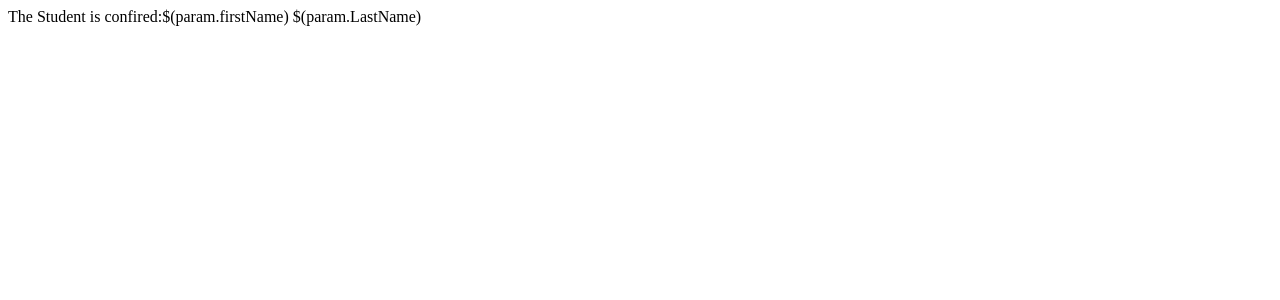
Repository: rohanbhavare1234/BikeServiceWorkspace
Page: http://localhost/jspdemo/student-response.jsp
These files come from the project's save history. The page is drawn as it stood at one moment and after the next save; the edit follows.
The browser window is 1280 px wide. The pictures show the whole page.
The page is served by Tomcat 9. Other server files are loaded and not shown.

Above is the page before, as saved 2023-04-09 11:42:38.

### eclipse-workspace/jspdemo/WebContent/student-response.jsp
<html>
<title><head>Student Confirmed title</head></title>
<body>

	The Student is confired:$(param.firstName) $(param.LastName)
</body>
</html>

After the next save:
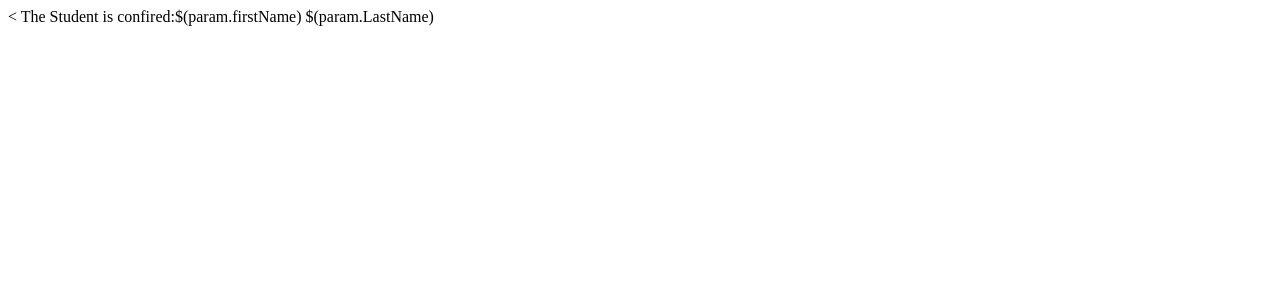
Saved 88 s later.
--- a/eclipse-workspace/jspdemo/WebContent/student-response.jsp
+++ b/eclipse-workspace/jspdemo/WebContent/student-response.jsp
@@ -1,5 +1,5 @@
 <html>
-<title><head>Student Confirmed title</head></title>
+<<head><title>Student Confirmed title</title></head>
 <body>
 
 	The Student is confired:$(param.firstName) $(param.LastName)
